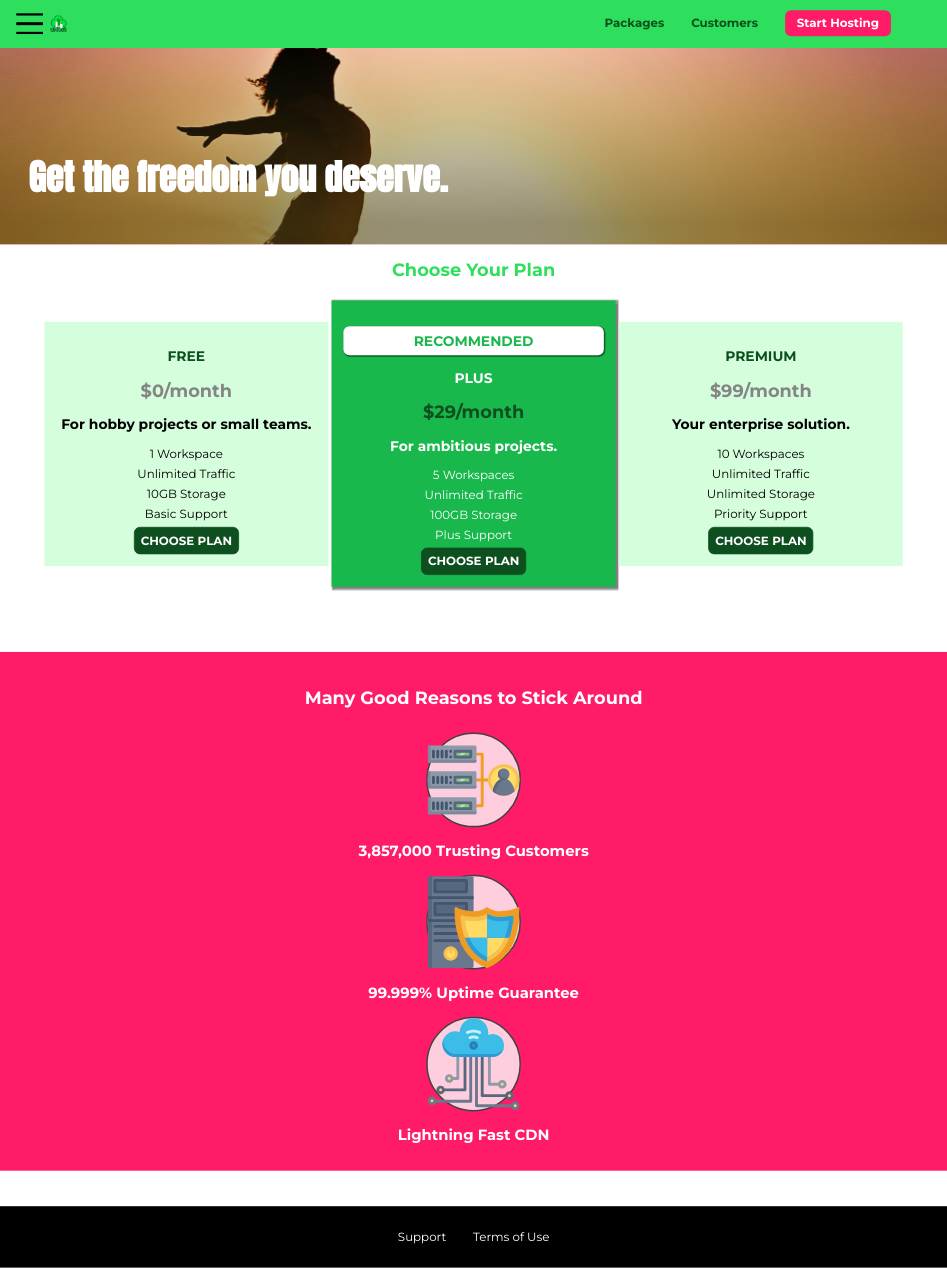
Repository: luacooli/css-course
Page: my_project/index.html
An editor plug-in stored every save of this project. The page is shown before and after the next save, followed by the edit.
The browser window is 1280 px wide. The pictures show the whole page, at 74% of full size.

Above is the page before, as saved 2020-09-16 07:28:01.

After the next save:
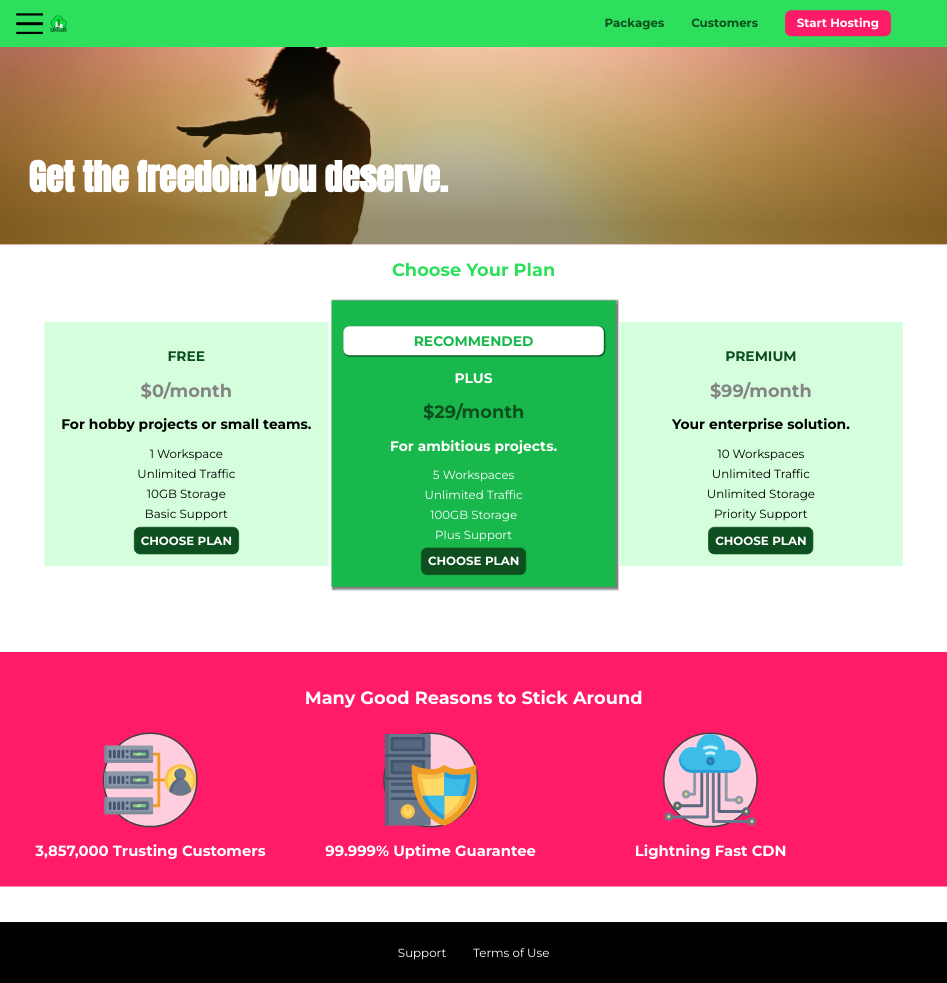
Saved 22 s later.
--- a/my_project/main.css
+++ b/my_project/main.css
@@ -149,7 +149,10 @@
 }
 
 @media (min-width: 40rem) {
-
+  .key-feature {
+    display: inline-block;
+    width: 30%;
+  }
 }
 
 .modal {
